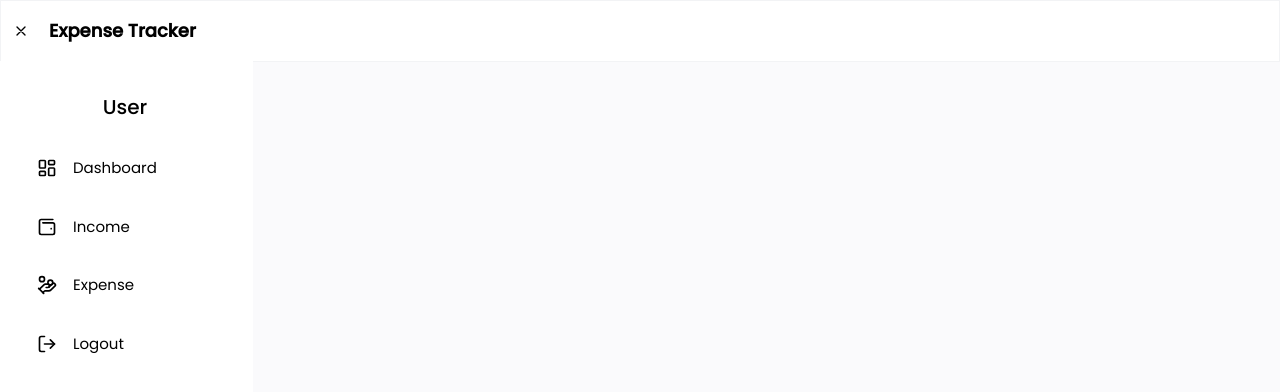
Repository: SnehPatel03/expense-tracker
Page: /income (app in Frontend/expenseTracker/)
An editor plug-in stored every save of this project. The page is shown before and after the next save, followed by the edit.
The browser window is 1280 px wide. The pictures show the whole page.
The project was rebuilt for these pictures with package versions that can differ from the ones it lists, and the page was loaded fresh each time. Also part of the build but not shown: Frontend/expenseTracker/vite.config.js, Frontend/expenseTracker/src/inputs/ProfilePhotoSelector.jsx, Frontend/expenseTracker/src/pages/SignUp.jsx, Frontend/expenseTracker/src/pages/Login.jsx, Frontend/expenseTracker/src/pages/Expense.jsx, Frontend/expenseTracker/src/components/Card.jsx, Frontend/expenseTracker/src/components/TransactionInfoCard.jsx, Frontend/expenseTracker/src/components/RecentTransactions.jsx and 11 more.

Above is the page before, as saved 2025-07-16 00:34:59.

### Frontend/expenseTracker/index.html
<!doctype html>
<html lang="en">

<head>
  <meta charset="UTF-8" />
  <link rel="icon" type="image/svg+xml" href="/vite.svg" />
  <meta name="viewport" content="width=device-width, initial-scale=1.0" />
  <title>ExpenseTracker</title>
  <link rel="preconnect" href="https://fonts.googleapis.com">
  <link rel="preconnect" href="https://fonts.gstatic.com" crossorigin>
 <link rel="preconnect" href="https://fonts.googleapis.com">
<link rel="preconnect" href="https://fonts.gstatic.com" crossorigin>
<link href="https://fonts.googleapis.com/css2?family=Bricolage+Grotesque:opsz,wght@12..96,200..800&family=Dosis:wght@200..800&family=Montserrat:ital,wght@0,100..900;1,100..900&family=Oswald:wght@200..700&family=Poppins:wght@400;500&family=Quicksand:wght@300..700&family=Roboto:ital,wght@0,100..900;1,100..900&display=swap" rel="stylesheet">
</head>

<body>
  <div id="root"></div>
  <script type="module" src="/src/main.jsx"></script>
</body>

</html>

### Frontend/expenseTracker/src/index.css
@import "tailwindcss";

body {
  font-family: "Poppins", sans-serif;
  font-weight: 400;
  font-style: normal;
  background-color: #fafafc;
}

.poppins-medium {
  font-family: "Poppins", sans-serif;
  font-weight: 500;
  font-style: normal;
}
.login {
  background-image: url("/undraw_finance_m6vw.svg");
  background-size: 40vw;
  background-position: center;
  background-repeat: no-repeat;
}
.signin1 {
  background-image: url(/signin2.svg);
  background-size: 30vw;
  background-position: 150px;
  background-repeat: no-repeat;
}

### Frontend/expenseTracker/src/App.jsx
import { useState } from 'react'
import './App.css'
import { Routes, Route, Navigate } from "react-router-dom"
import SignUp from './pages/SignUp'
import Login from './pages/Login'
import Expense from './pages/Expense'
import Income from './pages/Income'
import Home from './pages/Home'
import UserProvider from './Contexts/UserContext'
function App() {

  return (
    <UserProvider>
    <>
      <Routes>
        <Route path='/' element={<Root/>  } />
        <Route path='/Home' element={<Home/>  } />
        <Route path='/signin' element={<SignUp/>} />
        <Route path='/login' element={<Login/>} />
        <Route path='/expense' element={<Expense/>} />
        <Route path='/income' element={<Income/>} />
      </Routes>
    </>
    </UserProvider>
  )
}

export default App

const Root = () => {
  const isAuthenticate = localStorage.getItem("jwt")
  return isAuthenticate ?
    ( <Navigate to="/Home" />) :  ( <Navigate to="/login" />)
}

### Frontend/expenseTracker/src/pages/Income.jsx
import React from 'react'
import DashboardLayout from '../Layouts/DashboardLayout'

function Income() {
  return (
   <DashboardLayout activeMenu={Income}>
    <div className='flex mt-15'>

    </div>
   </DashboardLayout>
  )
}

export default Income

### Frontend/expenseTracker/src/Contexts/UserContext.jsx
import React, { createContext, useState } from 'react';

export const UserContext = createContext();

const UserProvider = ({ children }) => {
  const [user, setUser] = useState(() => {
    const storedUser = localStorage.getItem("user");
    return storedUser ? JSON.parse(storedUser) : null;
  });

  const updateUser = (userData) => {
    localStorage.setItem("user", JSON.stringify(userData));
    setUser(userData);
  };

  const clearUser = () => {
    localStorage.removeItem("user");
    localStorage.removeItem("jwt");
    setUser(null);
  };

  return (
    <UserContext.Provider value={{ user, updateUser, clearUser }}>
      {children}
    </UserContext.Provider>
  );
};

export default UserProvider;

### Frontend/expenseTracker/src/Layouts/DashboardLayout.jsx
import React, { useContext } from 'react';
import { UserContext } from '../Contexts/UserContext';
import SideMenu from './SideMenu';
import Navbar from './Navbar';

function DashboardLayout({ children, activeMenu }) {
  const { user } = useContext(UserContext);

  return (
    <div className="min-h-screen">
      <Navbar activeMenu={activeMenu} />
      {user && (
        <div className="flex min-w-[calc(100vh-55px)] sm:ml-64 ">

          <div className="flex-1 p-6 pr-8 pb-10 overflow-y-auto ">
            {children}
          </div>
        </div>
      )}
    </div>
  );
}

export default DashboardLayout;

### Frontend/expenseTracker/src/Layouts/SideMenu.jsx
import React, { useContext } from 'react';
import { SIDE_MENU_DATA } from '../data';
import { useNavigate } from 'react-router-dom';
import { UserContext } from '../Contexts/UserContext';

function SideMenu({ activeMenu }) {
  const { user, clearUser } = useContext(UserContext);
  const navigateTo = useNavigate();

  const handleLogOut = () => {
    localStorage.clear();
    clearUser();
    navigateTo("/login");
  };

  const handleClick = (route) => {

    if (route === "/logout") {
      handleLogOut();
    } else {
      navigateTo(route);
    }
  };

  return (
    <div className='w-64 h-[calc(100vh-61px)] z-50 bg-white border-grey-200/50 flex flex-col items-center py-4'>

      {user?.profile && (
        <img
          src={`http://localhost:3000${user?.profile}`}
          alt="Profile"
          className="w-30 h-30 rounded-full object-cover border border-gray-300 shadow-md"
        />
      )}
      <h5 className='font-medium mt-4 capitalize text-xl'>{user?.fullname || "User"}</h5>

      <div className='w-full px-4 mt-6'>
        {SIDE_MENU_DATA.map((item, idx) => (
          <button
            key={`menu_${idx}`}
            className={`w-full flex items-center gap-4 text-[15px] ${activeMenu === item.label
                ? "text-white bg-purple-600"
                : "bg-white text-black"
              } py-3 px-6 rounded-lg mb-3`}
            onClick={() => handleClick(item.path)}
          >
            <item.Icon className='text-xl font-bold' />
            {item.label}
          </button>
        ))}
      </div>
    </div>
  );
}

export default SideMenu;

### Frontend/expenseTracker/src/Layouts/Navbar.jsx
import React, { useState } from 'react'
import { HiOutlineMenu, HiOutlineX } from "react-icons/hi"
import SideMenu from './SideMenu'
function Navbar({ activeMenu }) {
    const [openSideMenu, setOpenSideMenu] = useState(true)
    return (
        <div className='fixed px-3 py-4 z-50 w-[100vw] flex gap-5 bg-white border border-b  border-gray-200/50'>
            <button
                className='block  text-black'
                onClick={() => setOpenSideMenu(!openSideMenu)}>
                {(openSideMenu ? (<HiOutlineX />) : (<HiOutlineMenu />))}
            </button>
            <h2 className='text-lg font-semibold text-black '>Expense Tracker</h2>

            {openSideMenu && (
                <div className='fixed top-[61px] -ml-4 bg-red-white '>
                        <SideMenu activeMenu={activeMenu}/>
                </div>
            )}

        </div>
    )
}

export default Navbar

### Frontend/expenseTracker/src/data.js
import {
  LuLayoutDashboard,
  LuHandCoins,
  LuWalletMinimal,
  LuLogOut,
} from "react-icons/lu";

export const SIDE_MENU_DATA = [
  {
    id: "01",
    label: "Dashboard",
    Icon: LuLayoutDashboard,
    path: "/dashboard",
  },
  {
    id: "02",
    label: "Income",
    Icon: LuWalletMinimal,
    path: "/income",
  },
  {
    id: "03",
    label: "Expense",
    Icon: LuHandCoins,
    path: "/expense",
  },
  {
    id: "04",
    label: "Logout",
    Icon: LuLogOut,
    path: "/logout",
  },
];

export const prepareDataForExpenseChart = (data = []) => {
  const chartData = data.map((item) => ({
    category: item?.category,
    amount: item?.amount,
  }));
  return chartData;
};
export const prepareDataForImportChart = (data = []) => {
  const chartData = data.map((item) => ({
    source: item?.source,
    amount: item?.amount,
  }));
  return chartData;
};

Loaded but not shown: Frontend/expenseTracker/src/main.jsx (common file); Frontend/expenseTracker/src/App.css (no stored copy; drawn as an empty file)

After the next save:
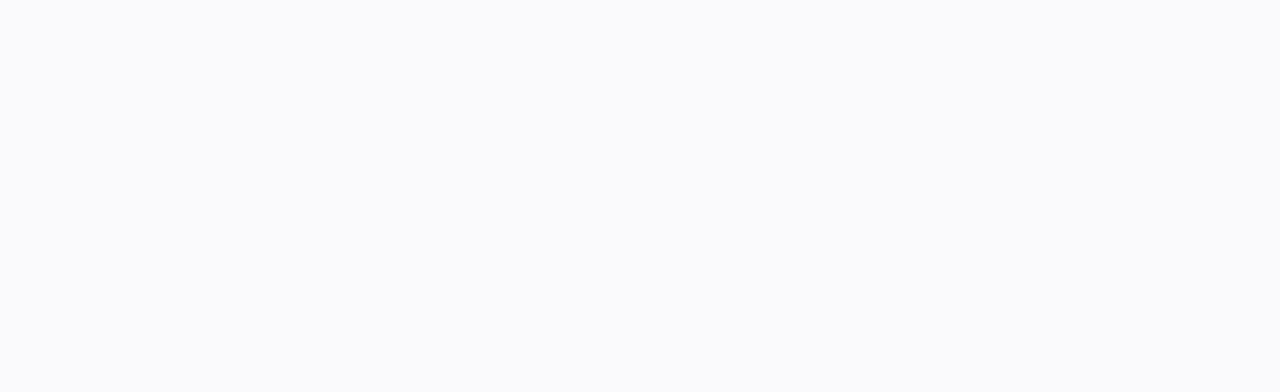
Console error: ReferenceError: income is not defined
Saved 29 s later.
--- a/Frontend/expenseTracker/src/pages/Income.jsx
+++ b/Frontend/expenseTracker/src/pages/Income.jsx
@@ -3,7 +3,7 @@
 
 function Income() {
   return (
-   <DashboardLayout activeMenu={Income}>
+   <DashboardLayout activeMenu={income}>
     <div className='flex mt-15'>
 
     </div>

After the 3 saves that followed:
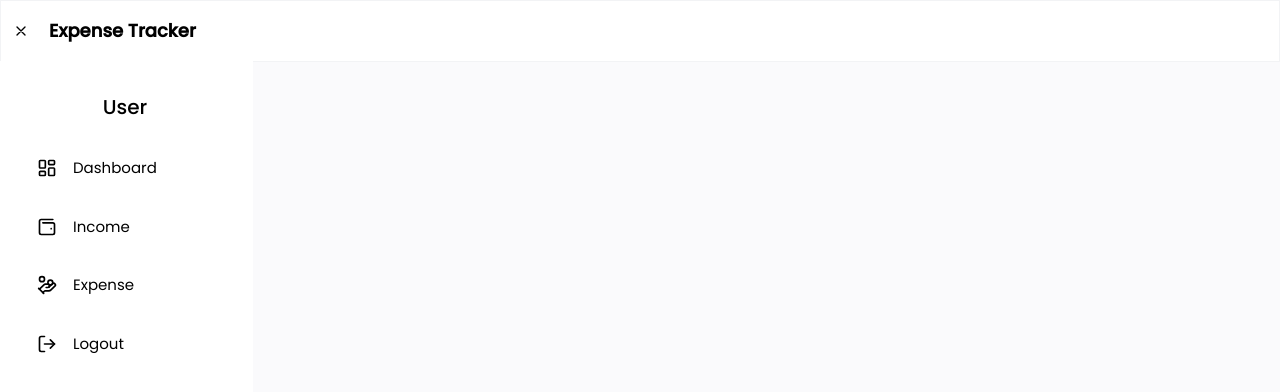
The error is gone.
The 3 saves are shown as one change because they came seconds apart.
The last was saved 11 s later.
--- a/Frontend/expenseTracker/src/pages/Income.jsx
+++ b/Frontend/expenseTracker/src/pages/Income.jsx
@@ -3,7 +3,7 @@
 
 function Income() {
   return (
-   <DashboardLayout activeMenu={income}>
+   <DashboardLayout activeMenu={Income}>
     <div className='flex mt-15'>
 
     </div>
